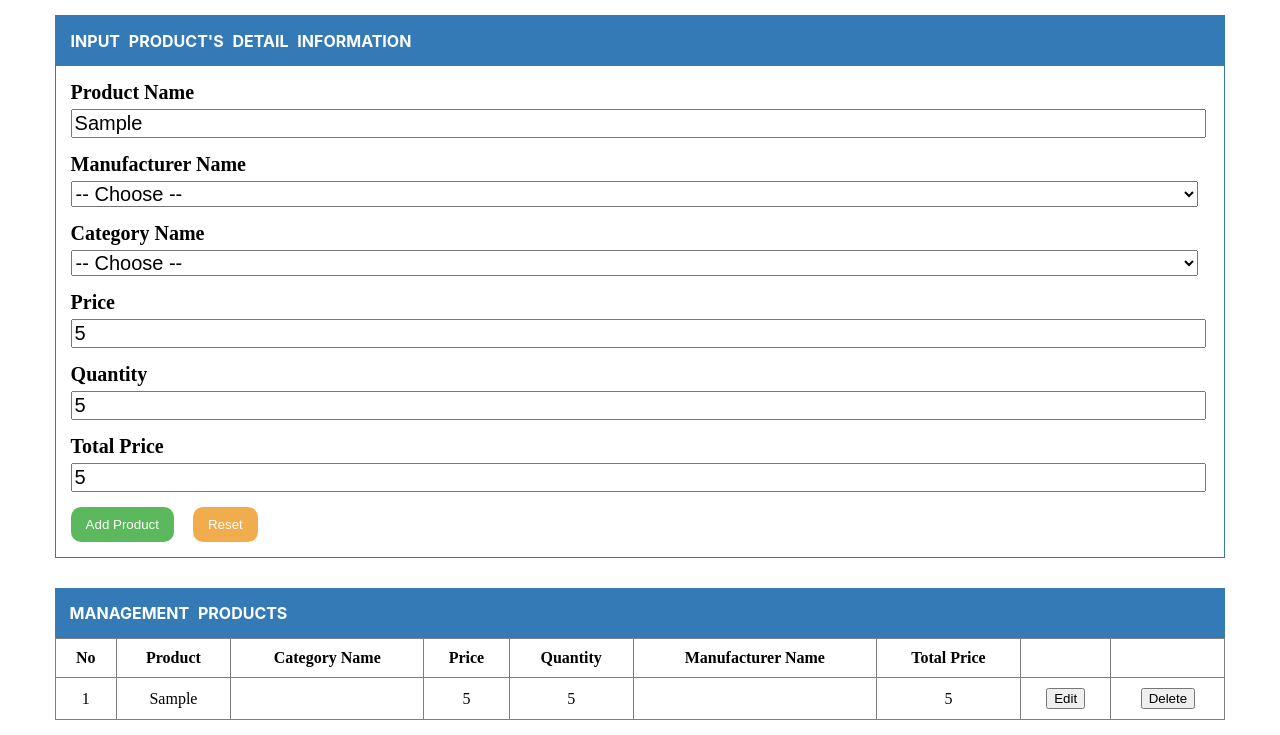
Repository: AnhDuc0125/HTML-Aptech
Page: bt2019/index.html
An editor plug-in stored every save of this project. The page is shown before and after the next save, followed by the edit.
The browser window is 1280 px wide. The pictures show the whole page.
Empty fields were first filled with sample values (such as "Sample", 5 or name@example.com).
After loading, the first visible `button.add-btn` was clicked once.

Above is the page before, as saved 2021-12-03 12:06:55.

After the next save:
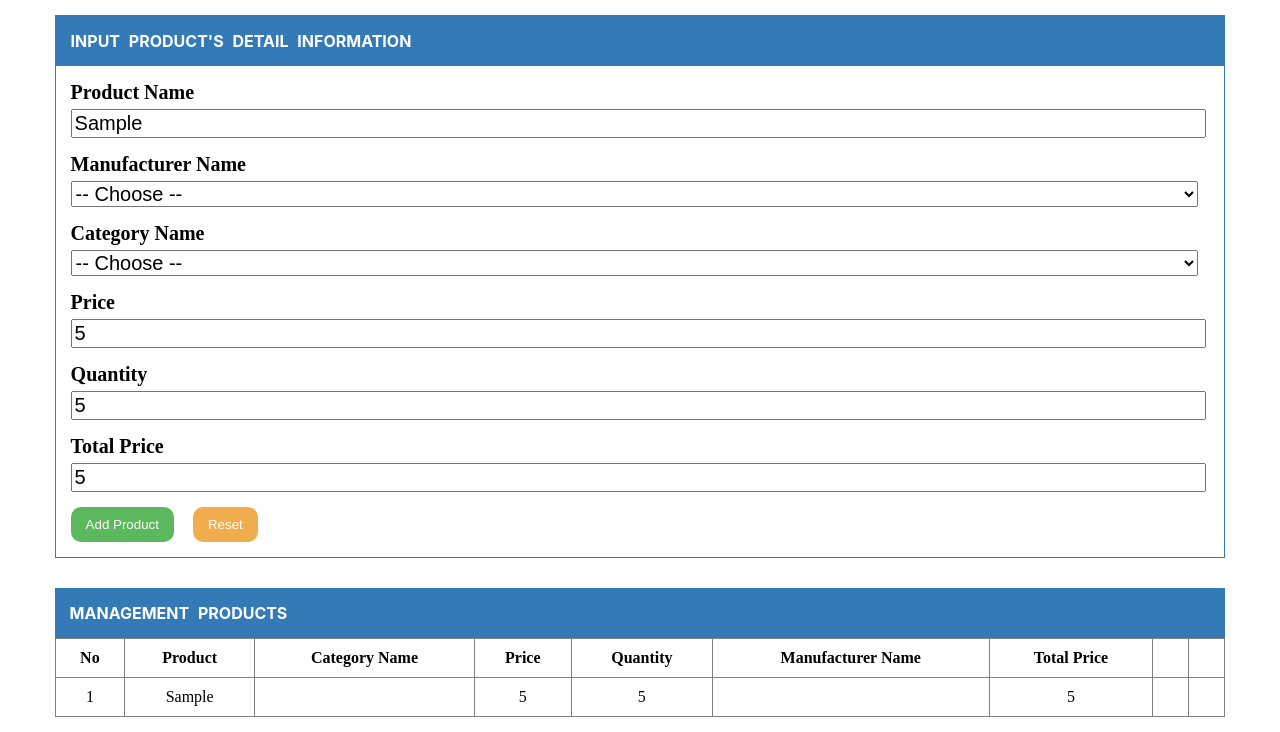
Saved 6 s later.
--- a/bt2019/index.html
+++ b/bt2019/index.html
@@ -185,7 +185,7 @@
                     <td>${quantityTag}</td>
                     <td>${manuTag}</td>
                     <td>${totalPriceTag}</td>
-                    <td><button style="color="red">Edit</button></td>
+                    <td><button style="color='red'>Edit</button></td>
                     <td><button>Delete</button></td>
                 </tr>
             `)

After the save that followed:
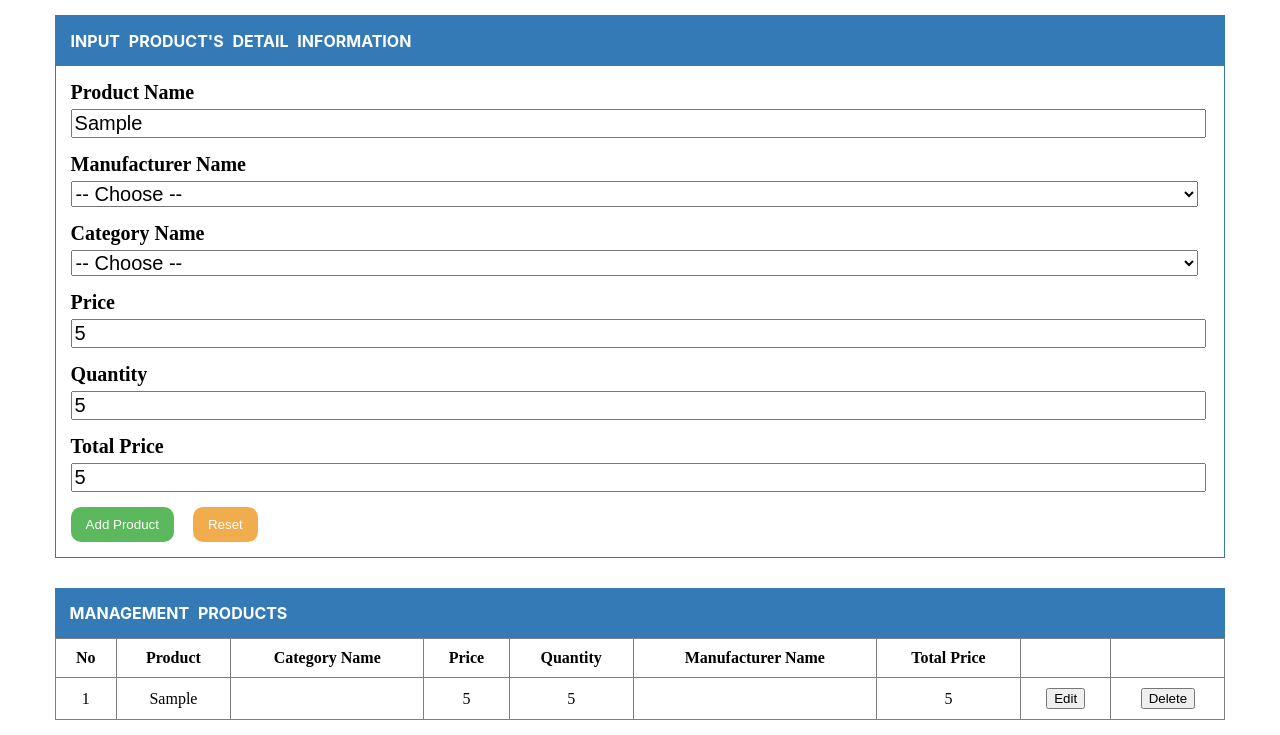
Saved 27 s later.
--- a/bt2019/index.html
+++ b/bt2019/index.html
@@ -185,7 +185,7 @@
                     <td>${quantityTag}</td>
                     <td>${manuTag}</td>
                     <td>${totalPriceTag}</td>
-                    <td><button style="color='red'>Edit</button></td>
+                    <td><button>Edit</button></td>
                     <td><button>Delete</button></td>
                 </tr>
             `)
